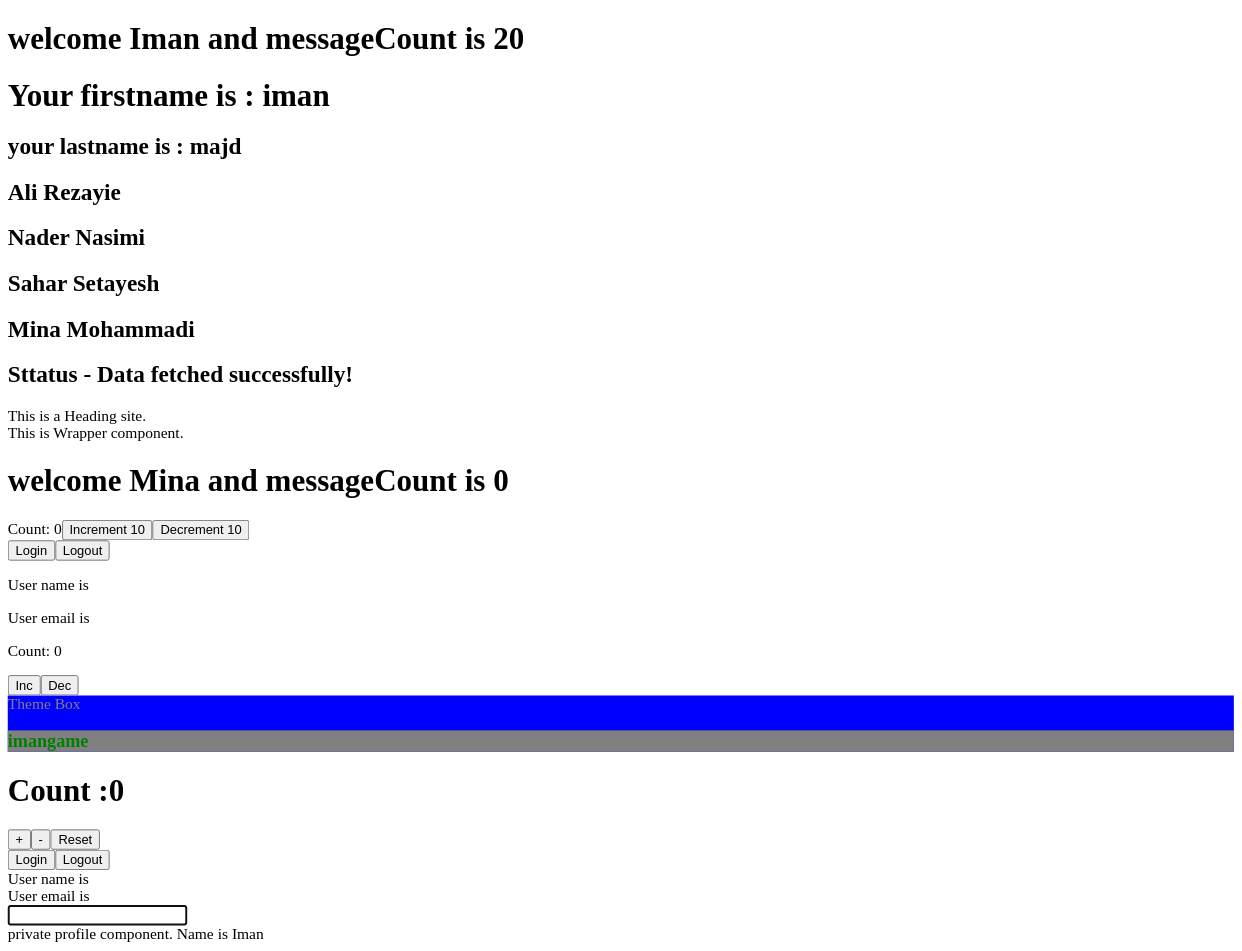
Repository: imangame2125/Typescript-learn-course
Page: /
An editor plug-in stored every save of this project. The page is shown before and after the next save, followed by the edit.
The browser window is 1280 px wide. The pictures show the whole page, at 97% of full size.
The project was rebuilt for these pictures with package versions that can differ from the ones it lists, and the page was loaded fresh each time.

Above is the page before, as saved 2023-10-01 15:03:23.

After the next save:
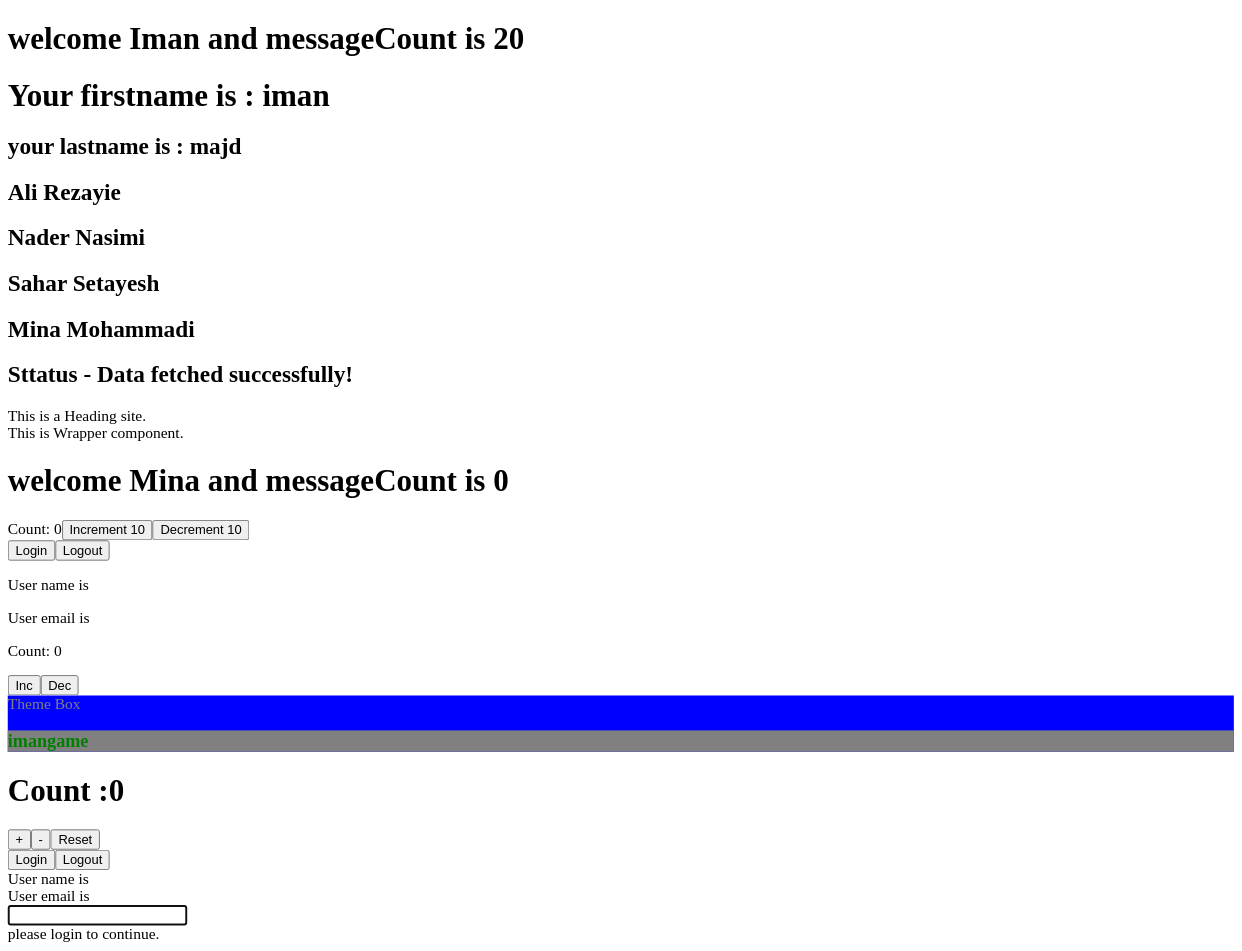
Saved 36 s later.
--- a/src/App.tsx
+++ b/src/App.tsx
@@ -16,6 +16,7 @@
 import DomRef from "./components/ref/DomRef";
 import Private from "./components/auth/Private";
 import Profile from "./components/auth/Profile";
+import LogIn from "./components/auth/LogIn";
 
 
 function App() {
@@ -78,7 +79,7 @@
 
       <DomRef/>
 
-      <Private isLoggedIn={true} component={Profile}/>
+      <Private isLoggedIn={true} component={LogIn}/>
     </div>
   );
 }
